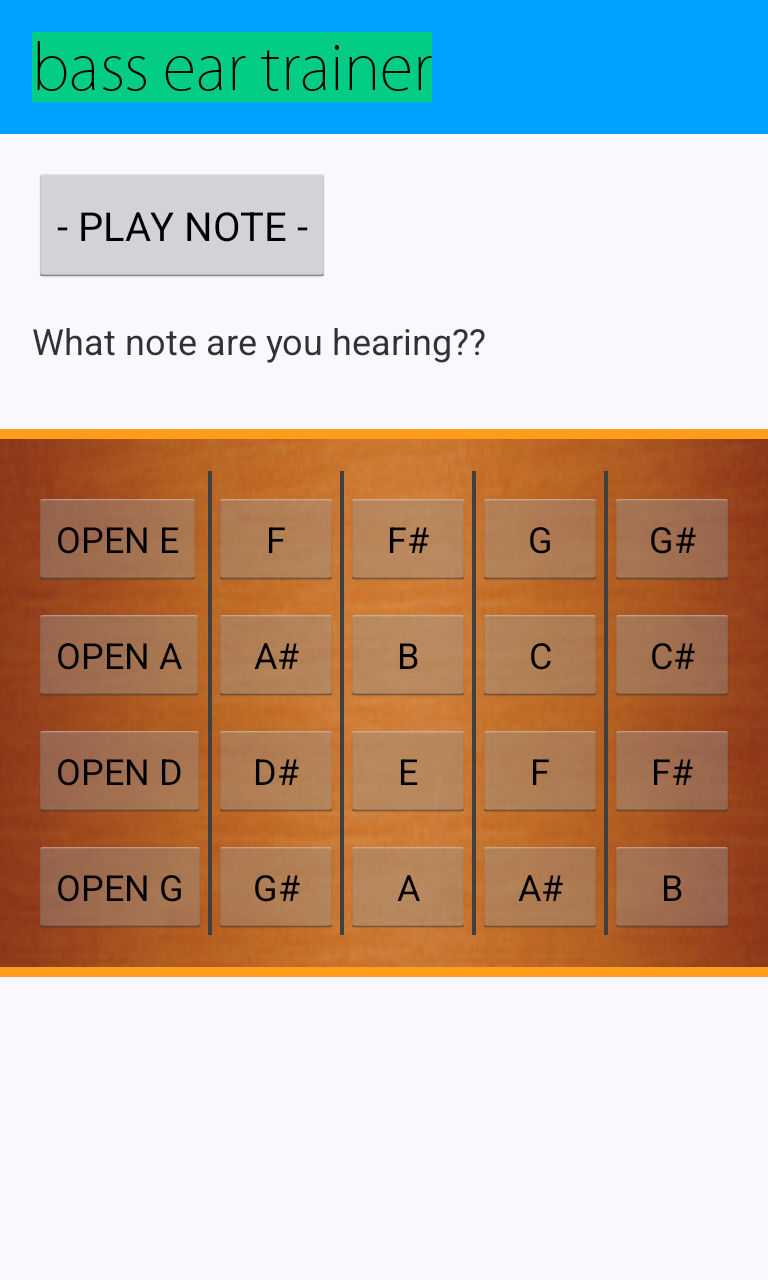
Repository: elliott-ribner/android-guitar-trainer
Layout: randomnotegenerator/res/layout/activity_main.xml
The author's editor kept a copy of each file at every save. The layout is drawn from the files as they stood at one save, then again after the next save.
It is drawn on a 768 x 1280 px phone screen (xhdpi) without system bars, with theme AppTheme; the app's code is not run.

Above is the layout before, as saved 2014-06-09 01:37:05.

After the next save:
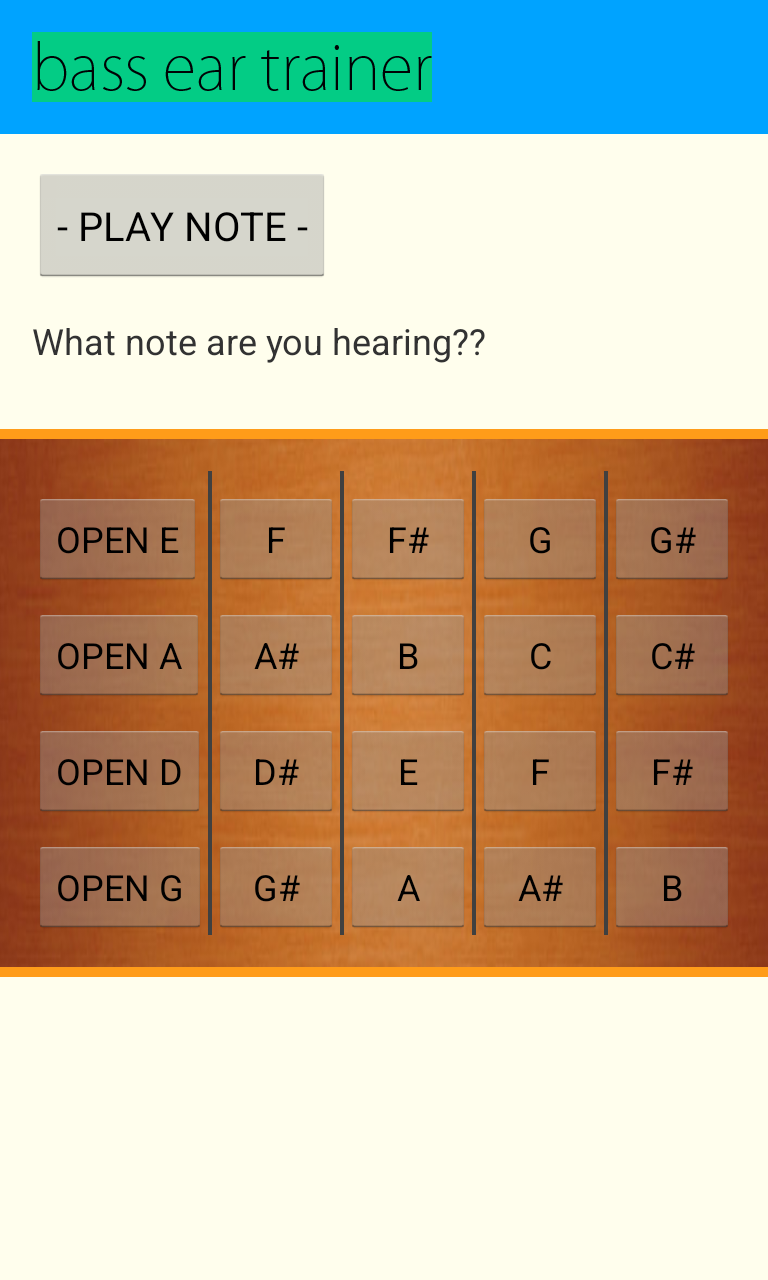
Saved 51 s later.
--- a/randomnotegenerator/res/layout/activity_main.xml
+++ b/randomnotegenerator/res/layout/activity_main.xml
@@ -2,7 +2,7 @@
     xmlns:tools="http://schemas.android.com/tools"
     android:layout_width="match_parent"
     android:layout_height="match_parent"
-    android:background="#FAF8FF"
+    android:background="#FFFEED"
     android:orientation="vertical"
     tools:context="com.elliott.randomnotegenerator.MainActivity$PlaceholderFragment" >
 
